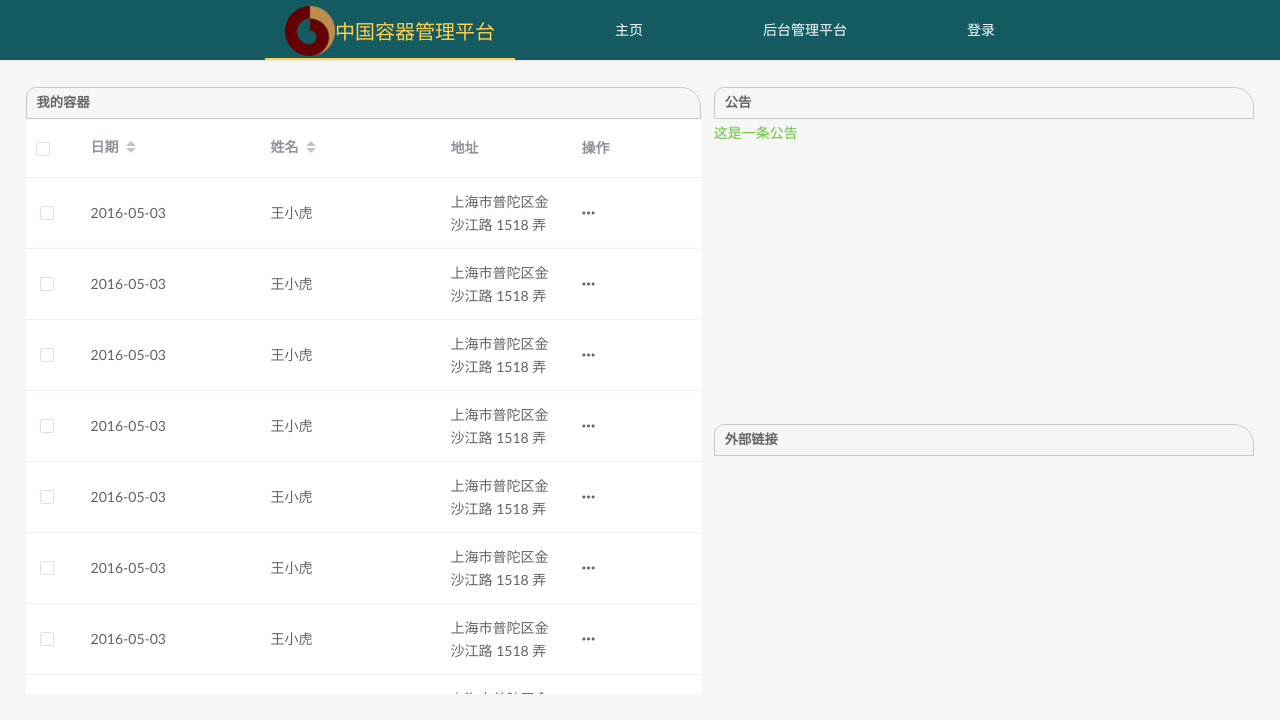
Repository: lei123zhou/zhongjin
Page: /main/home
An editor plug-in stored every save of this project. The page is shown before and after a run of saves, followed by the edit.
The browser window is 1280 px wide. The pictures show the whole page.
An inner scrolling area shows only its first screen. The project was rebuilt for these pictures with package versions that can differ from the ones it lists, and the page was loaded fresh each time. Also part of the build but not shown: vue.config.js.

Above is the page before, as saved 2022-08-29 19:50:16.

After the next 2 saves:
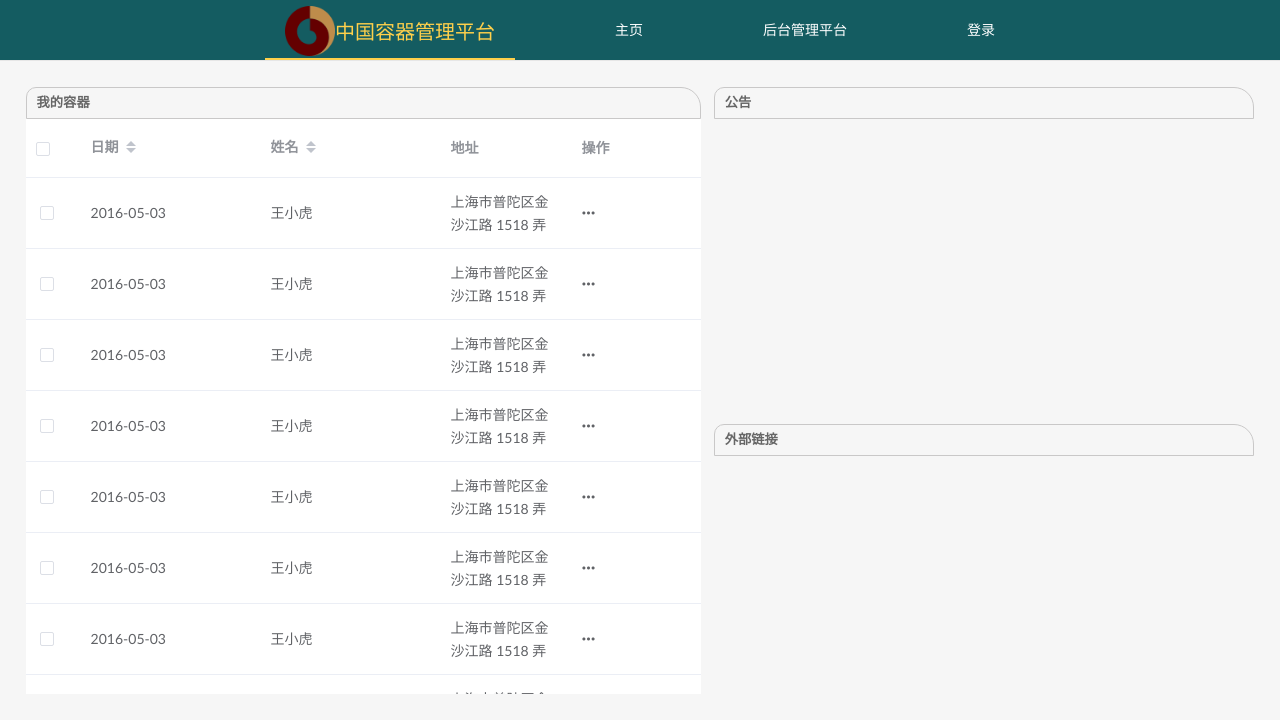
The 2 saves are shown as one change because they came seconds apart.
The last was saved 2 min 32 s later.
--- a/src/pages/home/HomePage.vue
+++ b/src/pages/home/HomePage.vue
@@ -48,9 +48,7 @@
       <div class="right-top">
         <h5 class="title">公告</h5>
         <div class="contaion">
-          <el-link type="success" @click="dialogVisible = true"
-            >这是一条公告</el-link
-          >
+          <span ></span>
           <el-dialog
             title="提示"
             :visible.sync="dialogVisible"
